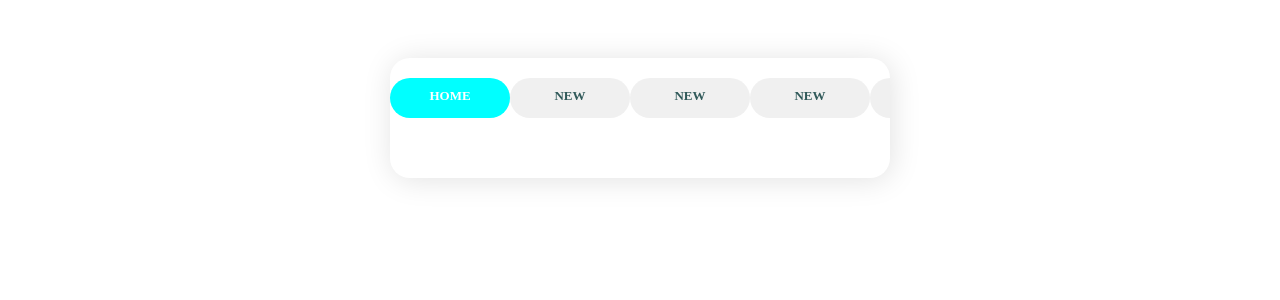
Repository: KHANHD192/JS_evondev
Page: eondev/tab_scroll/index.html
An editor plug-in stored every save of this project. The page is shown before and after the next save, followed by the edit.
The browser window is 1280 px wide. The pictures show the whole page.

Above is the page before, as saved 2023-05-30 21:01:40.

After the next save:
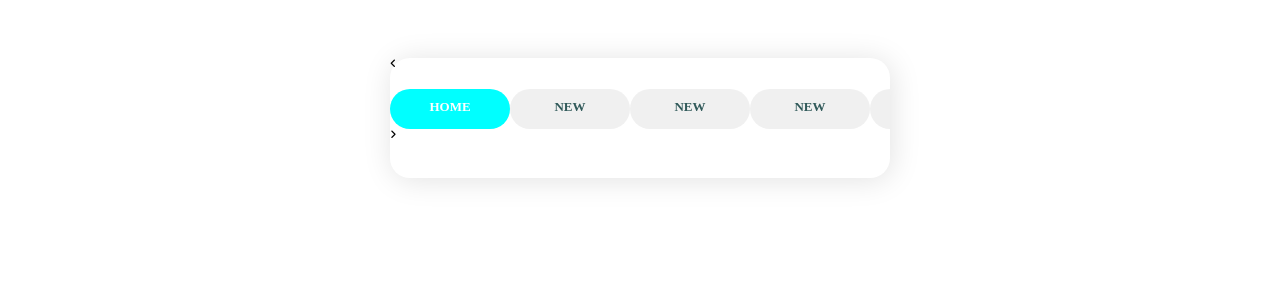
Saved 2 min 24 s later.
--- a/eondev/tab_scroll/index.html
+++ b/eondev/tab_scroll/index.html
@@ -78,7 +78,7 @@
 </head>
 <body>
     <div class="tab_container">
-
+      <i class="fa-solid fa-angle-left"></i>
         <div class="tab_list">
            <div class="list_content">
             <div class="tab-item active">HOME</div>
@@ -89,6 +89,7 @@
             <div class="tab-item ">ABOUT US</div>
             <div class="tab-item ">ABOUT US</div>
            </div>
+           <i class="fa-solid fa-angle-right"></i>
         </div>
 
     </div>
